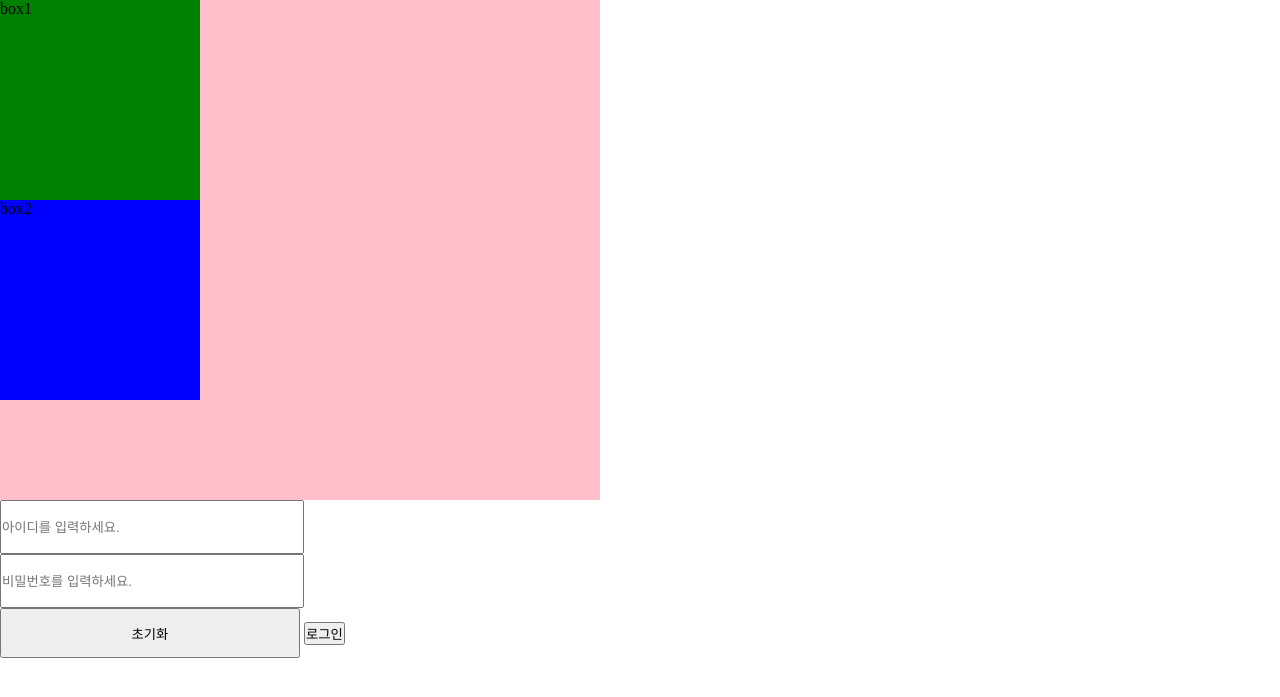
Repository: gwonjunsu95/html5
Page: html5/WebContent/day0204.html
An editor plug-in stored every save of this project. The page is shown before and after the next save, followed by the edit.
The browser window is 1280 px wide. The pictures show the whole page.

Above is the page before, as saved 2020-04-17 05:53:18.

After the next save:
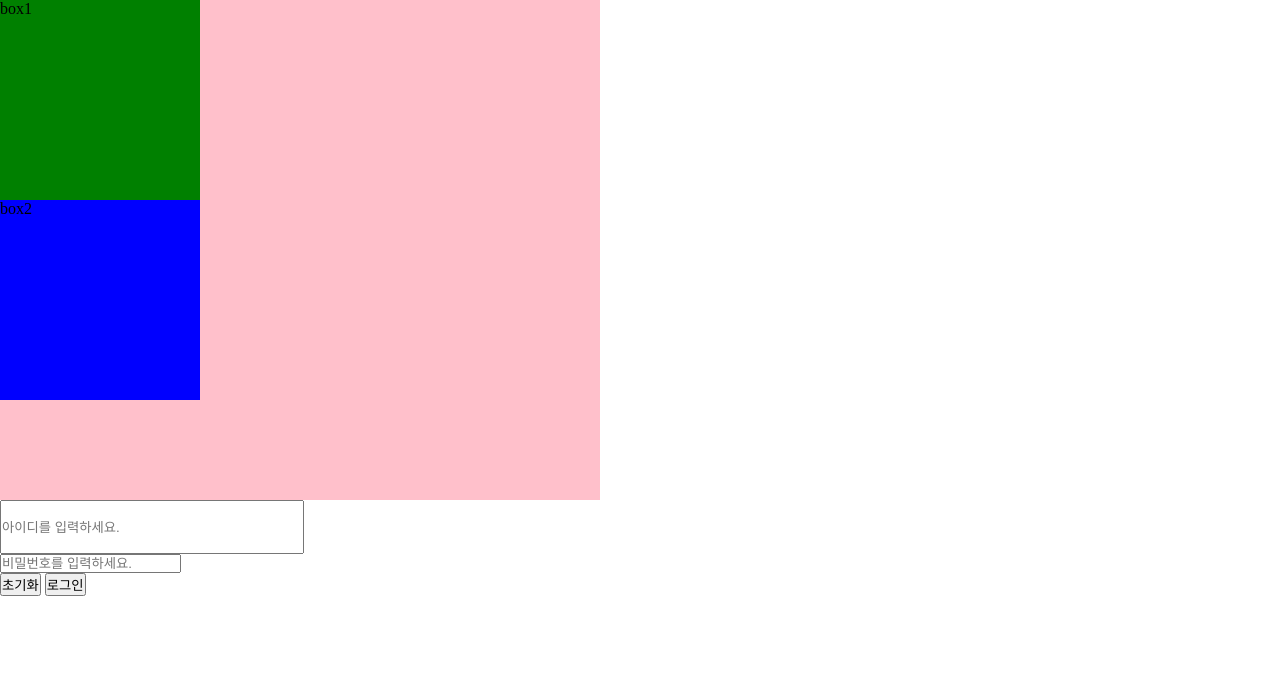
Saved 35 s later.
--- a/html5/WebContent/day0204.html
+++ b/html5/WebContent/day0204.html
@@ -40,7 +40,7 @@
 		*/
 
 		/*속성 선택자*/
-		input{
+		input[type = "text"]{
 			width : 300px;
 			height : 50px;
 		}
